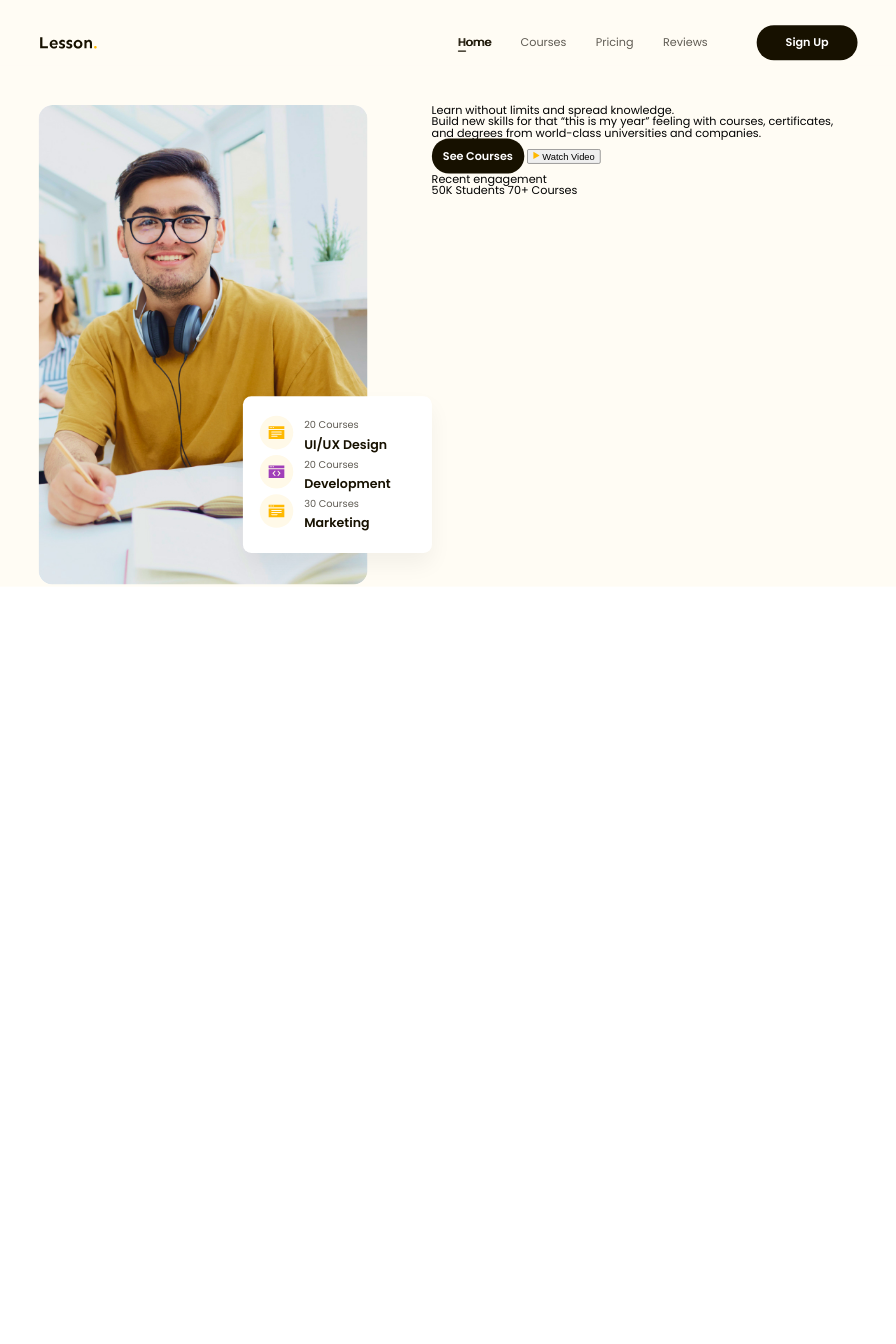
Repository: Tibi2003/f8-htmlcss-02
Page: index.html
An editor plug-in stored every save of this project. The page is shown before and after the next save, followed by the edit.
The browser window is 1280 px wide. The pictures show the part of the page from y = 0 to 1920 px (the page is 5000 px tall), at 70% of full size.

Above is the page before, as saved 2024-03-07 10:08:54.

After the next save:
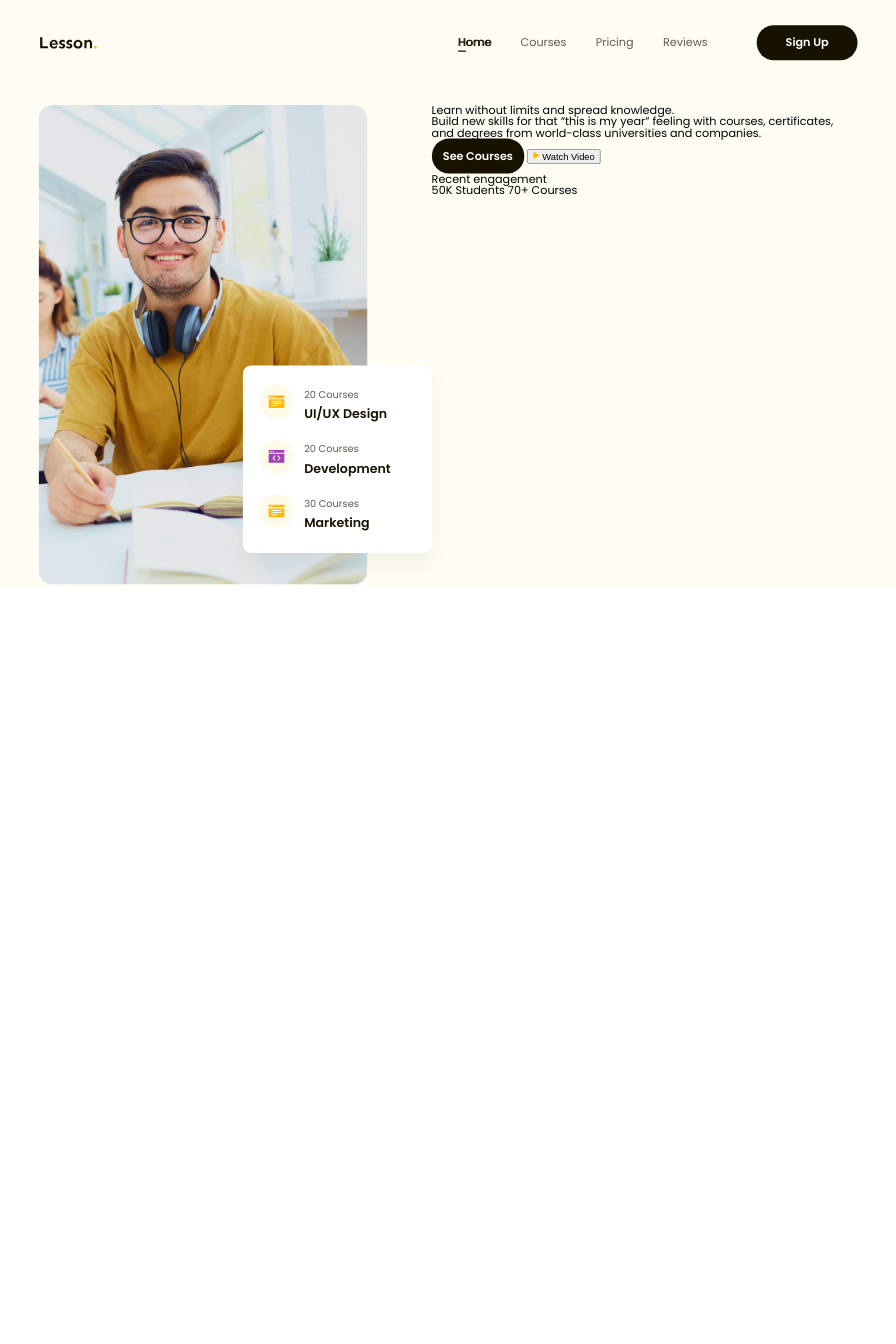
Saved 54 s later.
--- a/assets/css/styles.css
+++ b/assets/css/styles.css
@@ -131,6 +131,10 @@ a {
 	display: flex;
 }
 
+.hero-summary .item + .item {
+	margin-top: 22px;
+}
+
 .hero-summary .icon {
 	width: 48px;
 	height: 48px;
